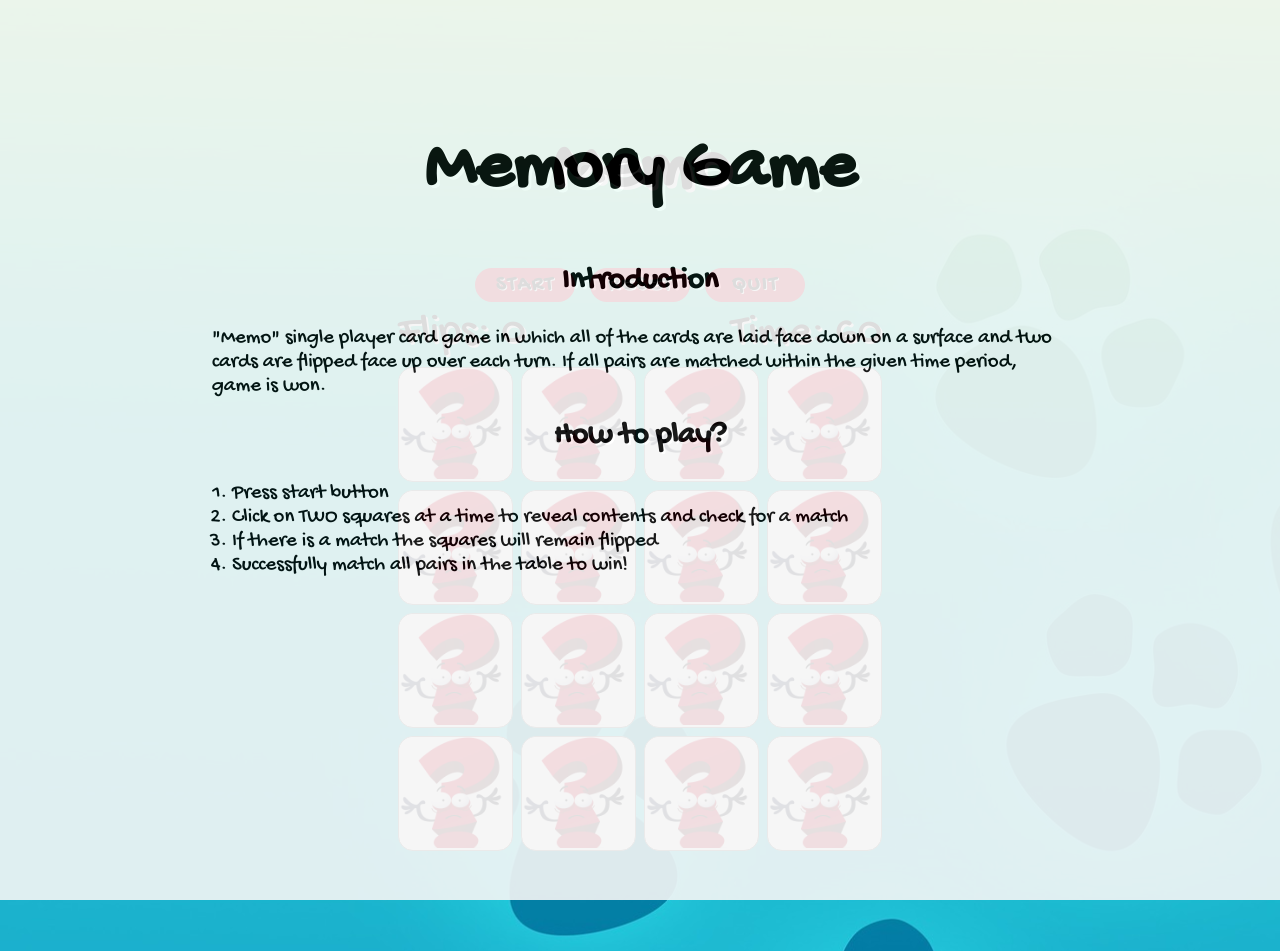
Repository: lauramika/Memory-Game
Page: index.html
The author's editor kept a record of every edit. The page is drawn from the files as they stood at one moment, then again after the next edit.
The browser window is 1280 px wide. The pictures show the whole page.

Above is the page before.

### index.html
<!DOCTYPE html>
<html lang = 'en'>
    <head>
        <meta name="viewport" content="width=device-width, initial-scale=1.0">
        <link rel="stylesheet" href="style.css" type="text/css" />
        <title>Memory Game</title>
    </head>
    <body>
         <div id="overlay" onclick="off()">
        <!--Main heading, title-->
        <h1 class="title-game">Memory Game</h1>

            <!--Intro-->
            <div id="intro">
                <h2>Introduction</h2>
                    <p>"Memo" single player card game in which all of the cards are
                    laid face down on a surface and two cards are flipped face up over
                    each turn. If all pairs are matched within the given time
                    period, game is won.</p>
            </div>
                <!--explanation how to play the game-->
             <div class="how-to-play">
                <h2>How to play?</h2>
                  <ol>
                    <li>Press start button</li>
                    <li>Click on TWO squares at a time to reveal contents and check for a match</li>
                    <li>If there is a match the squares will remain flipped </li>
                    <li>Successfully match all pairs in the table to win!</li>
                  </ol>
              </div>
          </div>
          <h1 class="title-game">Memo</h1>
          <!--start, reset and quit buttons-->
        <div class="buttons">
            <button class="start" onclick="shuffle()">Start</button>
            <button class="reset">Reset</button>
            <button class="quit">Quit</button>
        </div>
        <!--Main container that holds all the cards-->
        <div class="main-container">
            <div class= "rules-container">
                <div class="level-container">
                    Flips: <span id="flips">0</span>
                </div>
                <div class="time-container">
                    Time: <span id="time-left">60</span>
                </div>
            </div>
            <!--Cards-->
            <div class="cards">
                <div class="front-face">
                    <img src="images/camera.png">
                </div>
                 <div class="back-face">
                   <img src="images/question.jpg">
                </div>
            </div>

            <div class="cards">
                <div class="front-face">
                    <img src="images/camera.png">
                </div>
                 <div class="back-face">
                   <img src="images/question.jpg">
                </div>
            </div>

            <div class="cards">
                <div class="front-face">
                    <img src="images/bomb.png">
                </div>
                 <div class="back-face">
                   <img src="images/question.jpg">
                </div>
            </div>

            <div class="cards">
                <div class="front-face">
                    <img src="images/bomb.png">
                </div>
                 <div class="back-face">
                   <img src="images/question.jpg">
                </div>
            </div>

            <div class="cards">
                <div class="front-face">
                    <img src="images/garfield.jpg">
                </div>
                 <div class="back-face">
                   <img src="images/question.jpg">
                </div>
            </div>

            <div class="cards">
                <div class="front-face">
                    <img src="images/garfield.jpg">
                </div>
                 <div class="back-face">
                   <img src="images/question.jpg">
                </div>
            </div>

            <div class="cards">
                <div class="front-face">
                    <img src="images/ladybug.jpg">
                </div>
                 <div class="back-face">
                   <img src="images/question.jpg">
                </div>
            </div>

            <div class="cards">
                <div class="front-face">
                    <img src="images/ladybug.jpg">
                </div>
                 <div class="back-face">
                   <img src="images/question.jpg">
                </div>
            </div>

            <div class="cards">
                <div class="front-face">
                    <img src="images/puppy.jpg">
                </div>
                 <div class="back-face">
                   <img src="images/question.jpg">
                </div>
            </div>

            <div class="cards">
                <div class="front-face">
                    <img src="images/puppy.jpg">
                </div>
                 <div class="back-face">
                   <img src="images/question.jpg">
                </div>
            </div>

            <div class="cards">
                <div class="front-face">
                    <img src="images/star.jpg">
                </div>
                 <div class="back-face">
                   <img src="images/question.jpg">
                </div>
            </div>

            <div class="cards">
                <div class="front-face">
                    <img src="images/star.jpg">
                </div>
                 <div class="back-face">
                   <img src="images/question.jpg">
                </div>
            </div>

            <div class="cards">
                <div class="front-face">
                    <img src="images/frog.jpg">
                </div>
                 <div class="back-face">
                   <img src="images/question.jpg">
                </div>
            </div>

            <div class="cards">
                <div class="front-face">
                    <img src="images/frog.jpg">
                </div>
                 <div class="back-face">
                   <img src="images/question.jpg">
                </div>
            </div>
            <div class="cards">

                <div class="front-face">
                    <img src="images/bananas.jpg">
                </div>
                 <div class="back-face">
                   <img src="images/question.jpg">
                </div>
            </div>

            <div class="cards">
                <div class="front-face">
                    <img src="images/bananas.jpg">
                </div>
                 <div class="back-face">
                   <img src="images/question.jpg">
                </div>
            </div>

        </div>
        <script type="text/javascript" src="script.js"></script>
    </body>
</html>

### style.css
/*import google font*/
@import url('https://fonts.googleapis.com/css?family=Gochi+Hand&display=swap');
* {
    box-sizing: border-box;
    margin-top: 0;
}
html {
    min-height: 100vh;
}
body {
    margin: 0;
     background-image: url("images/paw-print-941498_1920.jpg");
    font-family: 'Gochi Hand', cursive;
    color: black;
    font-size: 1.3em;

}
h1 {
    text-shadow: 3px 3px white;
}
h2 {
    text-align: center;
    text-shadow: 2px 2px white;
}
p, .times {
    margin: 20px;
}
#intro, .how-to-play{
    margin: auto;
    width: 70%;
}
.title-game {
    padding-top: 10%;
    color:black;
    text-align: center;
    font-size: 3.5em;
}

.rules-container {
    grid-column: 1 / -1;
    display: flex;
    justify-content: space-between;
}
/*container that holds all the cards*/
.main-container {
    display: grid;
    grid-template-columns: repeat(4, auto);
    grid-gap: 8px;
    justify-content: center;
    margin-bottom: 100px;
    color: black;
    text-shadow: 2px 2px white;
    font-size: 2.1em;

}
/*card styles*/
.cards {
    background-color: white;
    height: 115px;
    width: 115px;
    border-radius: 15px;
    transition: transform .2s;
    border: 1px solid gray;
    position: relative;
    transform-style: preserve-3d;

}
/**************flipping of cards************/
.front-face {
    backface-visibility: hidden;
     transform: rotateY(180deg);
}
.back-face {
    backface-visibility: hidden;
}
.cards:hover {
    transform: scale(1.05);
    transform: rotateY(180deg);
    transition: ease .6s;
}
/*image sizes in desktop view*/
img {
    height: 111px;
    width: 111px;
    border-radius: 15px;
}
/*positioning of images absolute to their parent div*/
.front-face, .back-face {
    position: absolute;
}
.buttons {
    text-align: center;
}
/*start, reset and quit button styles*/
button {
    font-family: 'Gochi Hand', cursive;
    width: 100px;
    font-size: 1em;
    letter-spacing: 2px;
    color: black;
    font-weight: bold;
    text-transform: uppercase;
    background: rgb(199,1,30);
    text-shadow: 1px 1px white;
    padding: 5px 10px;
    border-radius: 30px;
    border: none;
    margin: 5px;
}
button:hover {
   transform: scale(1.1);
   box-shadow: 3px 3px white;
   opacity: 0.9;
}
#overlay {
  margin-top: 0;
  height: 900px;
  display: visible;
  background-color: whitesmoke;
  z-index: 10;
  position: absolute;
  opacity: .9;
}
/****************************TABLET************************/
@media screen and (max-width: 800px) {
  .cards{
      height: 95px;
      width: 95px;
  }
  img {
      height: 91px;
      width: 91px;
  }
  .main-container {
      grid-gap: 4px;
  }
  .title-game {
      font-size: 2.5em;
  }
  .main-container {
      font-size: 1.6em;
  }
  #intro, .how-to-play {
    width: 90%;
  }
}
 /************************PHONE***************************/
@media screen and (max-width: 480px) {
  .cards{
      height: 70px;
      width: 70px;
  }
  img {
      height: 66px;
      width: 66px;
  }
  .main-container {
      grid-gap: 1px;
  }
  .title-game {
      font-size: 2em;
  }
  .main-container {
      font-size: 1.2em;
  }
  button {
    width: 80px;
    font-size: 1em;
    }
  #intro, .how-to-play {
     width: 95%;
    }
}

### script.js
//to shuffle cards when new game starts
/*function shuffle() {

  var tiles = Array.from(document.getElementsByClassName("cards"));
  var current = tiles.length;
  var index, temp;

  while (current > 0) {
    index = Math.floor(Math.random() * current);
    current--;

    temp = tiles[current];
    tiles[current] = tiles[index];
    tiles[index] = temp;
  }
   document.getElementsByClassName("cards") = tiles.innerHTML;


}*/

//removes overlay div by clicking anywhere on the screen
function off() {
  document.getElementById("overlay").style.display = "none";
}

After the next edit:
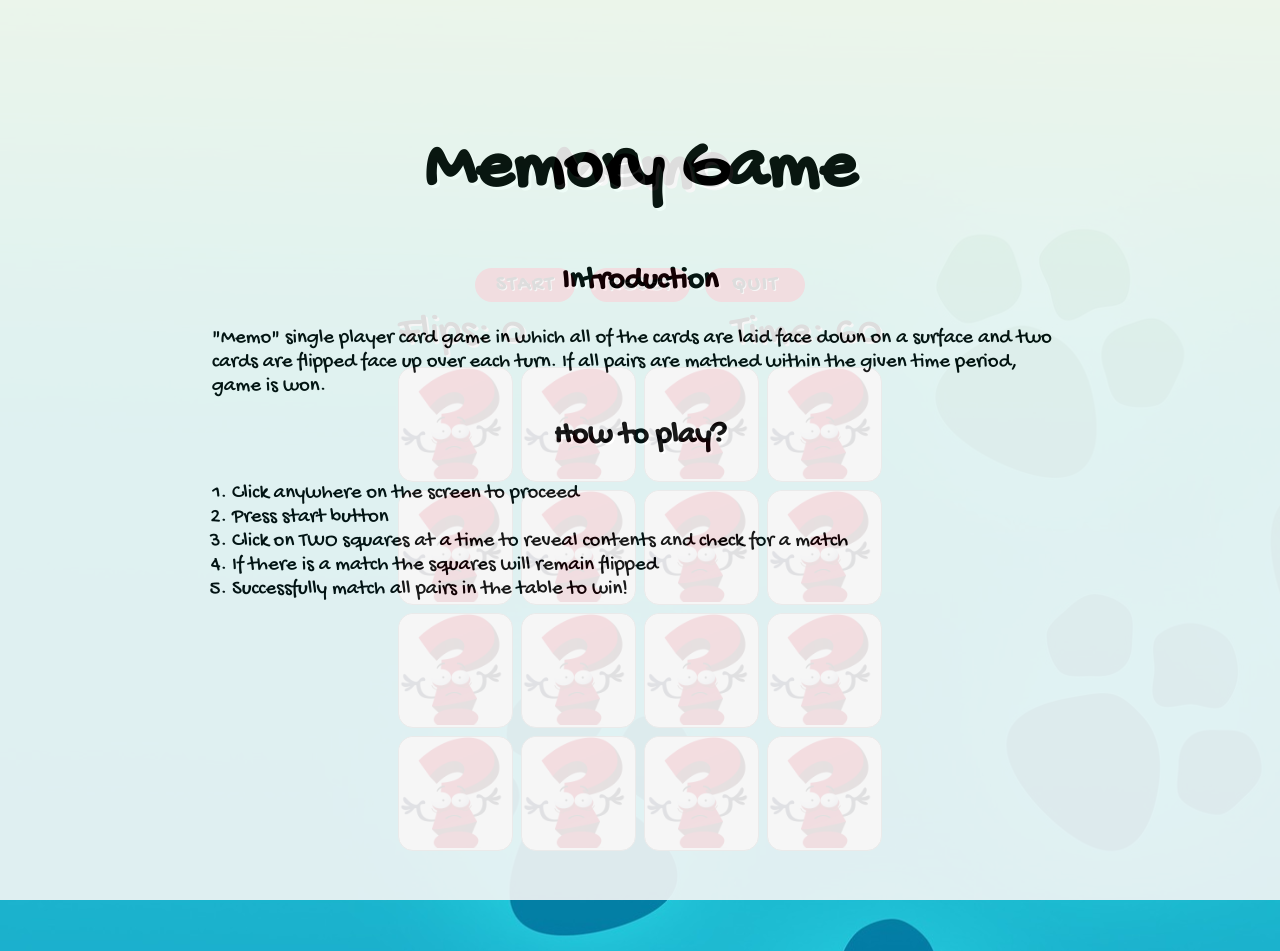
The edit:
--- a/index.html
+++ b/index.html
@@ -22,6 +22,7 @@
              <div class="how-to-play">
                 <h2>How to play?</h2>
                   <ol>
+                    <li>Click anywhere on the screen to proceed</li>
                     <li>Press start button</li>
                     <li>Click on TWO squares at a time to reveal contents and check for a match</li>
                     <li>If there is a match the squares will remain flipped </li>
